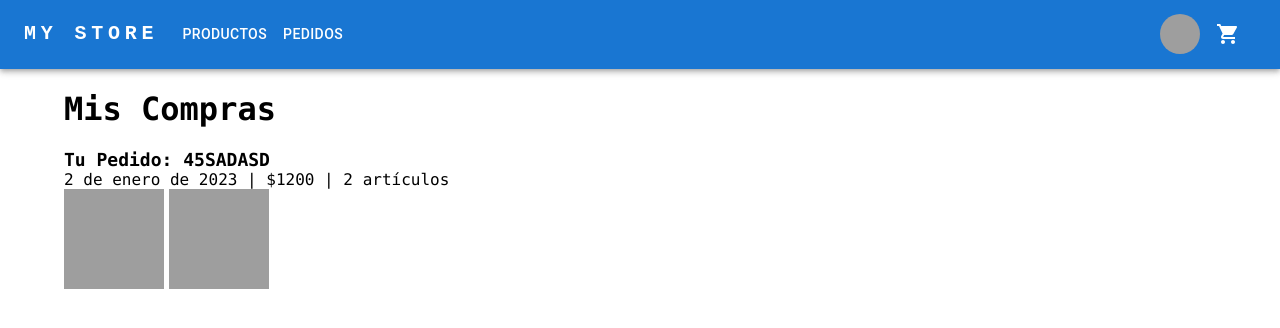
Repository: DanielBorussia/front-my-store
Page: /OrderList
The author's editor kept a copy of each file at every save. The page is drawn from the files as they stood at one save, then again after the next save.
The browser window is 1280 px wide. The pictures show the whole page.
Pictures or frames that could not be fetched are drawn as grey boxes. The project was rebuilt for these pictures with package versions that can differ from the ones it lists, and the page was loaded fresh each time. Also part of the build but not shown: src/components/OrderItem.js, src/containers/MyOrderPreview.js, src/components/ProductItem.js, src/hooks/useGetProducts.js, src/shared/Loading.js, src/containers/ProductList.js, src/pages/Home.js.

Above is the page before, as saved 2023-07-01 16:47:29.

After the next save:
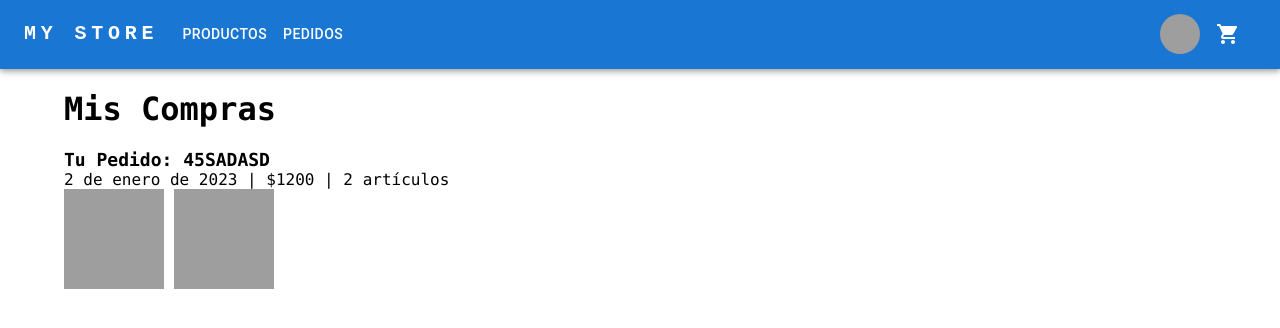
Saved 6 s later.
--- a/src/styles/ShoppingItem.scss
+++ b/src/styles/ShoppingItem.scss
@@ -14,7 +14,7 @@
     .shoppingItem__products{
         display: flex;
         .shoppingProductItem{
-            margin-right: 5px;
+            margin-right: 10px;
             img{
                 width: 100px;
                 height: 100px;
